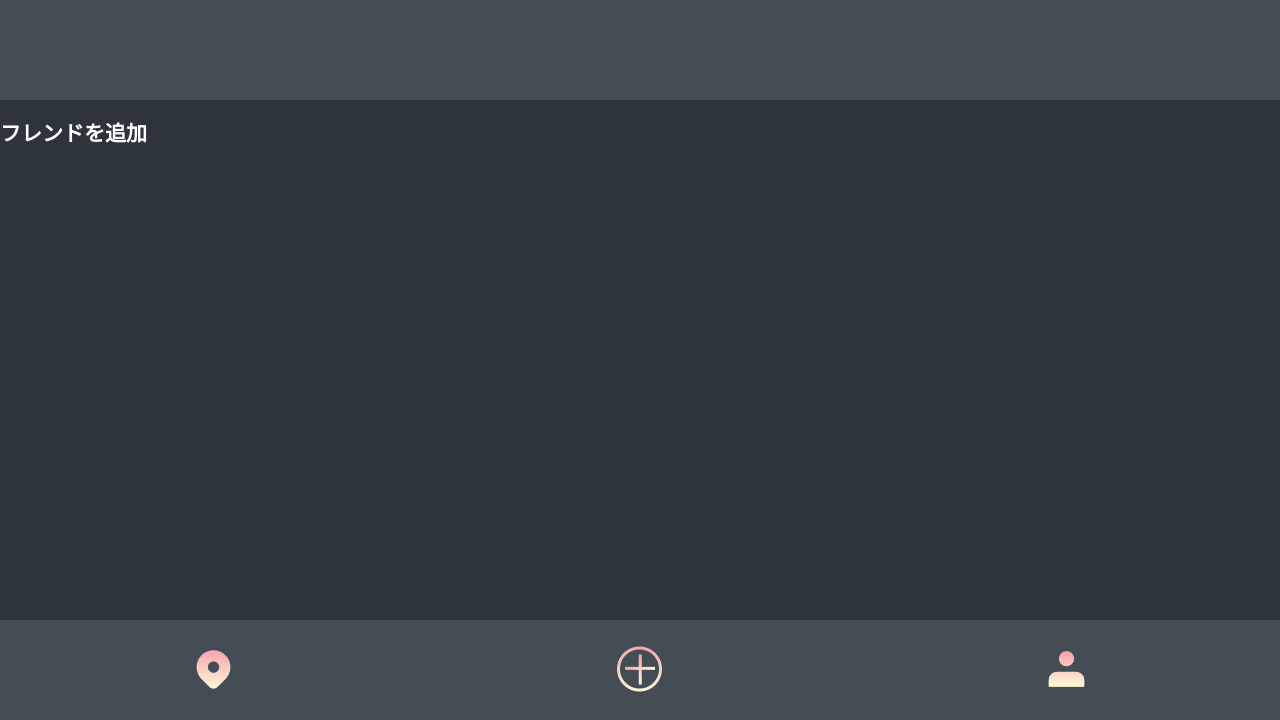
Repository: ren0714poo/respos
Page: addition.html
An editor plug-in stored every save of this project. The page is shown before and after the next save, followed by the edit.
The browser window is 1280 px wide. The pictures show the whole page.

Above is the page before, as saved 2025-07-17 14:28:30.

After the next save:
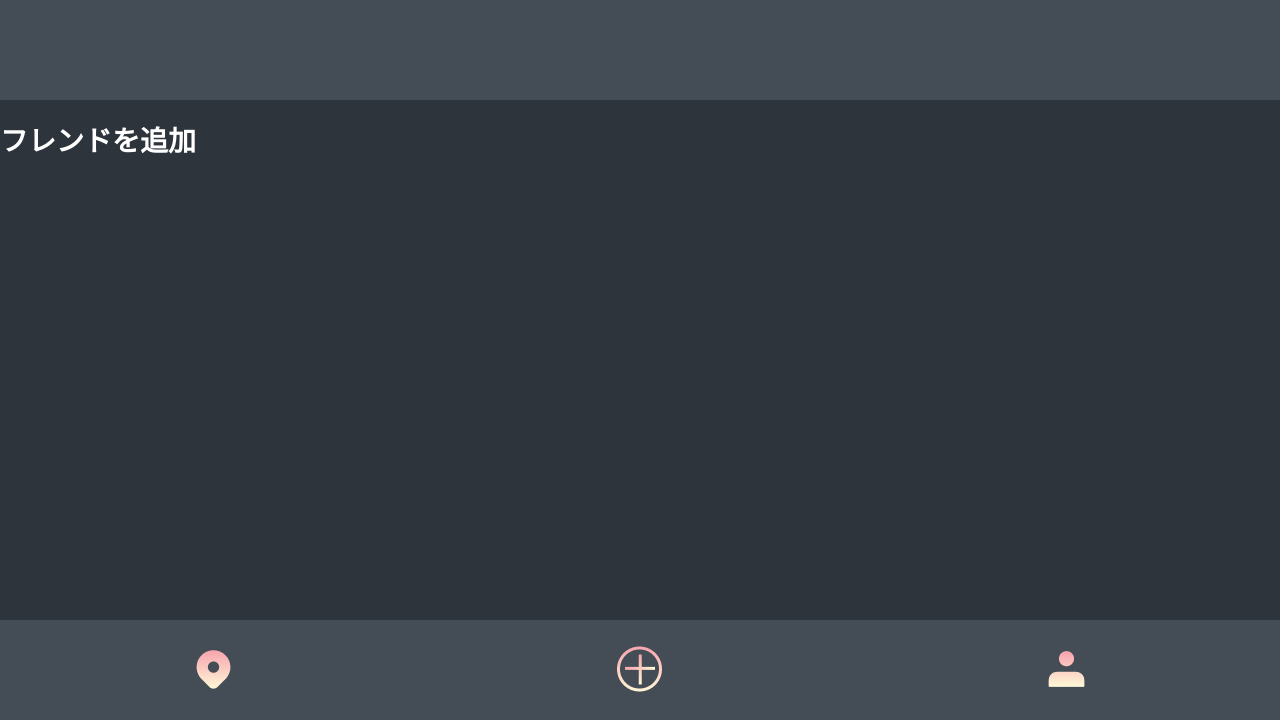
Saved 52 s later.
--- a/addition.html
+++ b/addition.html
@@ -12,7 +12,7 @@
 
   <main>
     <div class="addition">
-      <h2>フレンドを追加</h2>
+      <h1>フレンドを追加</h1>
     </div>
   </main>
 
